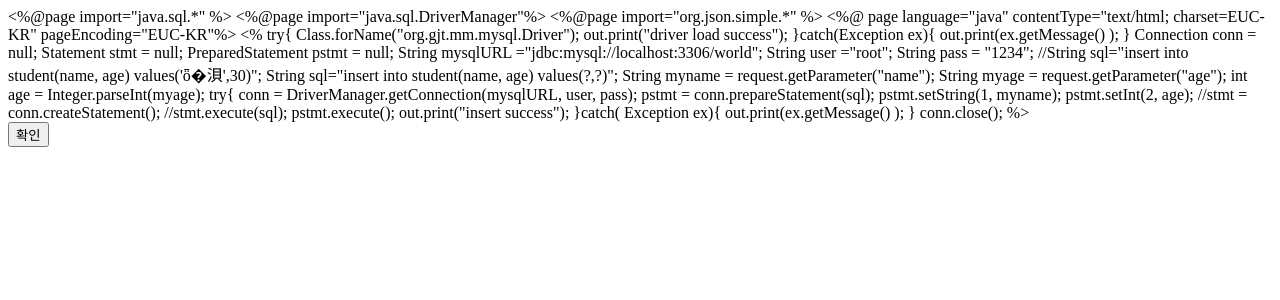
Repository: IreneCho/sk
Page: jqueryTest/WebContent/day13/r.html
The author's editor kept a copy of each file at every save. The page is drawn from the files as they stood at one save, then again after the next save.
The browser window is 1280 px wide. The pictures show the whole page.
After loading, the first visible `button` was clicked once.
Some web libraries are served in a nearby version.

Above is the page before, as saved 2016-08-17 00:21:16.

After the next save:
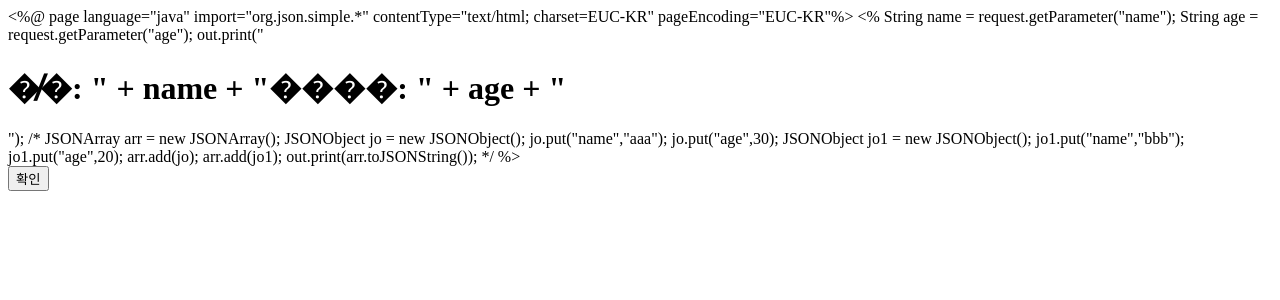
Saved 6 s later.
--- a/jqueryTest/WebContent/day13/r.html
+++ b/jqueryTest/WebContent/day13/r.html
@@ -17,7 +17,7 @@
 			}
 			arg = {
 				type : 'post',
-				url : 'my2.jsp',
+				url : 'jq1.jsp',
 				data : param,
 				dataType : 'html',
 				success : JFn,
